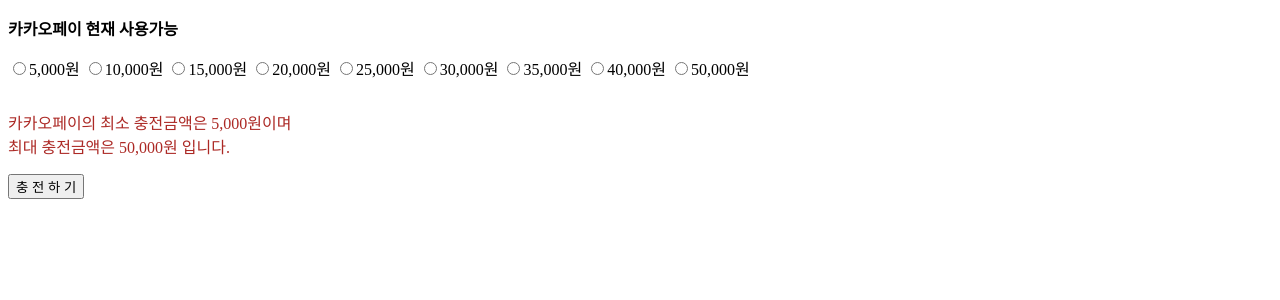
Repository: ksr1351/hotel_reserv_project_1
Page: http://localhost/subProject/WEB-INF/views/jsp/payment/payMent.jsp
An editor plug-in stored every save of this project. The page is shown before and after the next save, followed by the edit.
The browser window is 1280 px wide. The pictures show the whole page.
The page is served by Tomcat 9. Nobody is signed in. Other server files are loaded and not shown. The template is opened directly, without the code that normally fills it, so the values that code supplies are empty.

Above is the page before, as saved 2023-03-25 12:09:18.

### NEW_Project_final/subProject/src/main/webapp/WEB-INF/views/jsp/payment/payMent.jsp
<%@ page language="java" contentType="text/html; charset=UTF-8"
    pageEncoding="UTF-8"%>
<!DOCTYPE html>
<html>
<head>
<meta charset="UTF-8">
<title>Insert title here</title>

<script type="text/javascript" src="https://code.jquery.com/jquery-1.12.4.min.js" ></script>
<script type="text/javascript" src="https://cdn.iamport.kr/js/iamport.payment-1.1.5.js"></script>
</head>
<body>
	<div class="card-body bg-white mt-0 shadow">
                <p style="font-weight: bold">카카오페이 현재 사용가능</p>
                <label class="box-radio-input"><input type="radio" name="cp_item" value="5000"><span>5,000원</span></label>
                <label class="box-radio-input"><input type="radio" name="cp_item" value="10000"><span>10,000원</span></label>
                <label class="box-radio-input"><input type="radio" name="cp_item" value="15000"><span>15,000원</span></label>
                <label class="box-radio-input"><input type="radio" name="cp_item" value="20000"><span>20,000원</span></label>
                <label class="box-radio-input"><input type="radio" name="cp_item" value="25000"><span>25,000원</span></label>
                <label class="box-radio-input"><input type="radio" name="cp_item" value="30000"><span>30,000원</span></label>
                <label class="box-radio-input"><input type="radio" name="cp_item" value="35000"><span>35,000원</span></label>
                <label class="box-radio-input"><input type="radio" name="cp_item" value="40000"><span>40,000원</span></label>
                <label class="box-radio-input"><input type="radio" name="cp_item" value="50000"><span>50,000원</span></label>
                <p  style="color: #ac2925; margin-top: 30px">카카오페이의 최소 충전금액은 5,000원이며 <br/>최대 충전금액은 50,000원 입니다.</p>
                <button type="button" class="btn btn-lg btn-block  btn-custom" id="charge_kakao">충 전 하 기</button>
 </div>
</body>
</html>

Loaded but not shown: NEW_Project_final/subProject/src/main/webapp/resources/testMainPage/css/bootstrap.min.css (library)

After the next save:
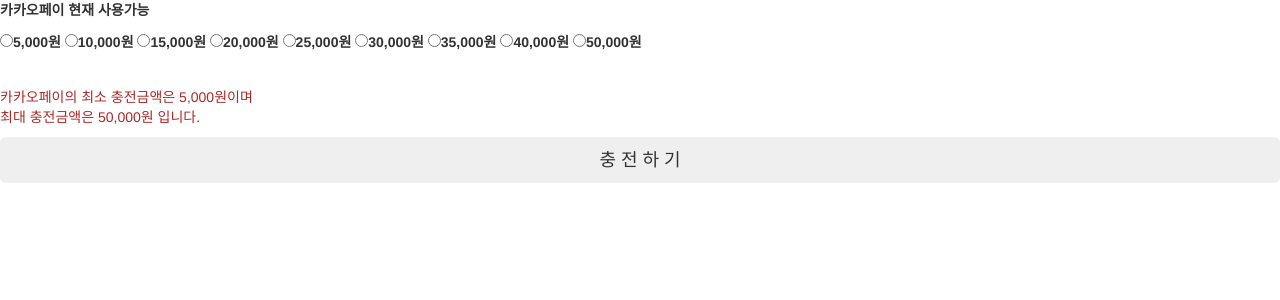
Saved 16 s later.
--- a/NEW_Project_final/subProject/src/main/webapp/WEB-INF/views/jsp/payment/payMent.jsp
+++ b/NEW_Project_final/subProject/src/main/webapp/WEB-INF/views/jsp/payment/payMent.jsp
@@ -5,7 +5,8 @@
 <head>
 <meta charset="UTF-8">
 <title>Insert title here</title>
-
+<!-- Bootstrap -->
+    <link type="text/css" rel="stylesheet" href="/resources/testMainPage/css/bootstrap.min.css" />
 <script type="text/javascript" src="https://code.jquery.com/jquery-1.12.4.min.js" ></script>
 <script type="text/javascript" src="https://cdn.iamport.kr/js/iamport.payment-1.1.5.js"></script>
 </head>
